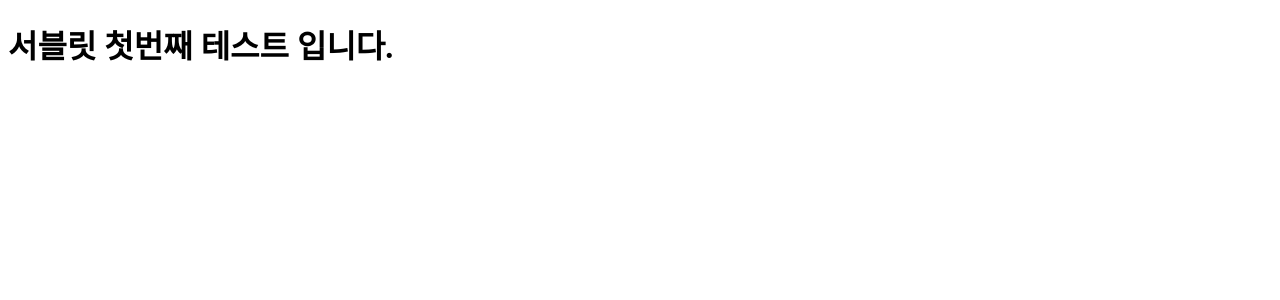
Repository: Truth-Jeon/JSP
Page: http://localhost/ServletTest/
The author's editor kept a copy of each file at every save. The page is drawn from the files as they stood at one save, then again after the next save.
The browser window is 1280 px wide. The pictures show the whole page.
The page is served by Tomcat 9.

Above is the page before, as saved 2023-08-30 01:05:23.

After the next save:
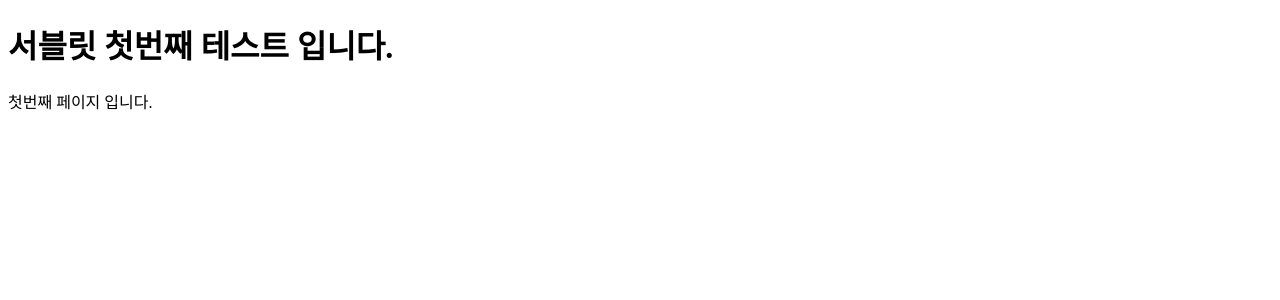
Saved 20 s later.
--- a/ServletTest/src/main/webapp/index.jsp
+++ b/ServletTest/src/main/webapp/index.jsp
@@ -8,5 +8,6 @@
 </head>
 <body>
 	<h1>서블릿 첫번째 테스트 입니다.</h1>
+	<p>첫번째 페이지 입니다.</p>
 </body>
 </html>
